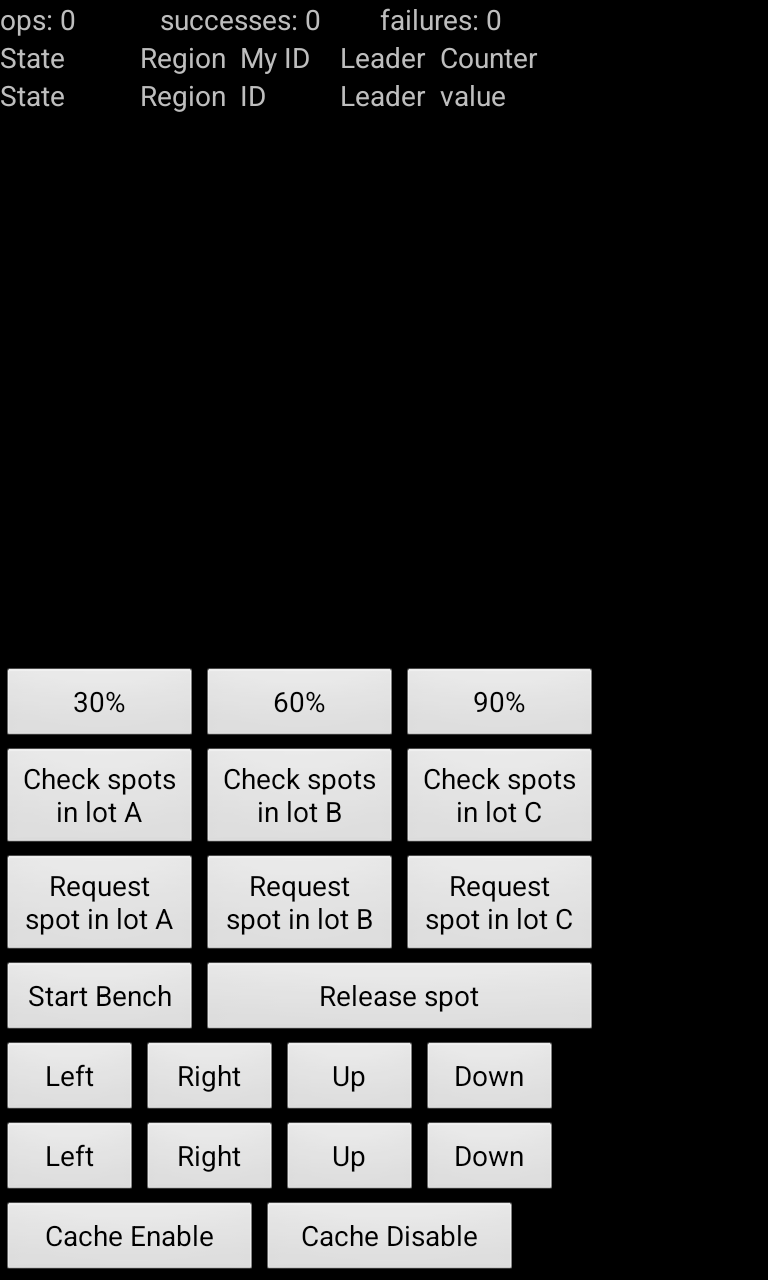
Repository: jasongao/csmcode
Layout: current/workspace/VNConsistent/res/layout/main.xml
The author's editor kept a copy of each file at every save. The layout is drawn from the files as they stood at one save, then again after the next save.
It is drawn on a 768 x 1280 px phone screen (xhdpi) without system bars, with theme android:Theme; the app's code is not run. Lists and similar views that code fills are empty.

Above is the layout before, as saved 2011-07-17 13:59:23.

After the next save:
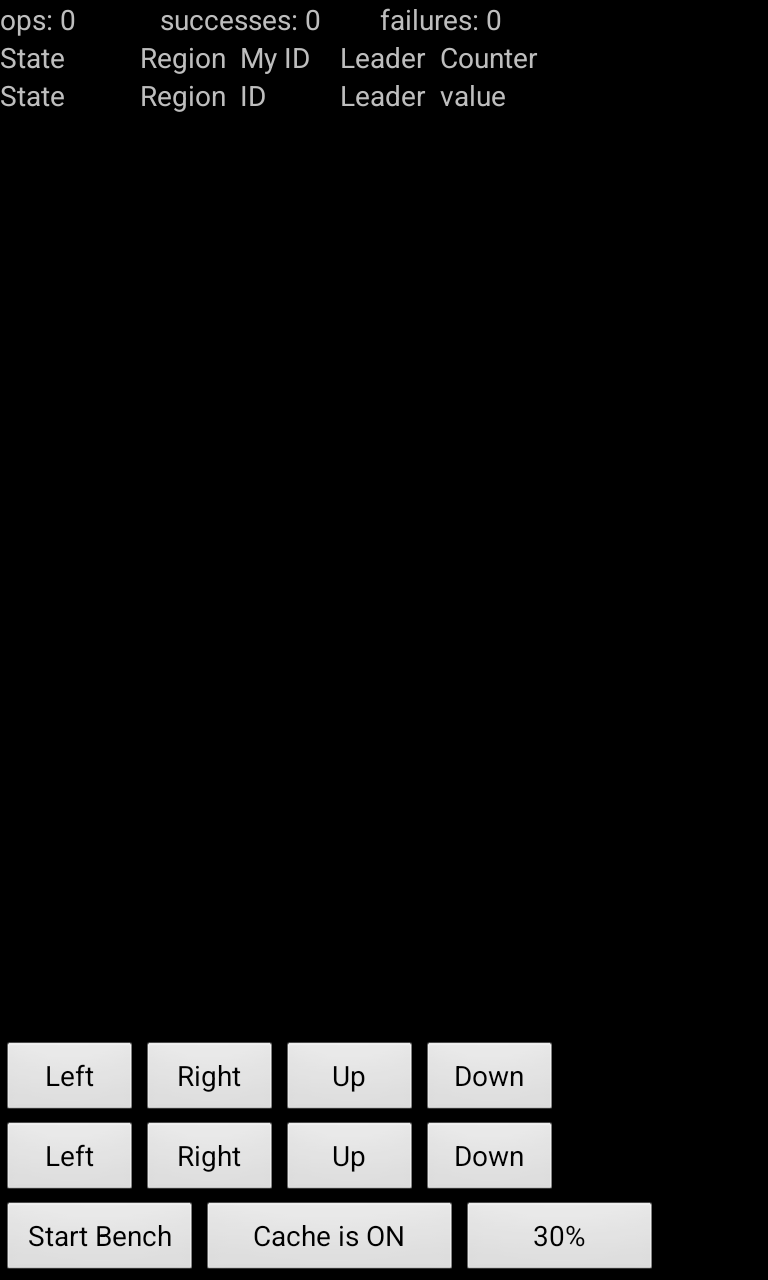
Saved 94 min 6 s later.
--- a/current/workspace/VNConsistent/res/layout/main.xml
+++ b/current/workspace/VNConsistent/res/layout/main.xml
@@ -48,49 +48,6 @@
 	<LinearLayout android:layout_width="fill_parent"
 		android:orientation="horizontal" android:layout_height="wrap_content"
 		android:id="@+id/SetDistributionLayout">
-		<Button android:layout_width="100dip" android:text="30%"
-			android:id="@+id/setdistribution30_button" android:layout_height="40dip"></Button>
-		<Button android:layout_width="100dip" android:text="60%"
-			android:id="@+id/setdistribution60_button" android:layout_height="40dip"></Button>
-		<Button android:layout_width="100dip" android:text="90%"
-			android:id="@+id/setdistribution90_button" android:layout_height="40dip"></Button>
-	</LinearLayout>
-
-	<LinearLayout android:layout_width="fill_parent"
-		android:orientation="horizontal" android:layout_height="wrap_content"
-		android:id="@+id/CheckSpotLayout">
-		<Button android:layout_height="wrap_content"
-			android:layout_width="100dip" android:text="Check spots in lot A"
-			android:id="@+id/readparkingA_button"></Button>
-		<Button android:layout_height="wrap_content"
-			android:layout_width="100dip" android:text="Check spots in lot B"
-			android:id="@+id/readparkingB_button"></Button>
-		<Button android:layout_height="wrap_content"
-			android:layout_width="100dip" android:text="Check spots in lot C"
-			android:id="@+id/readparkingC_button"></Button>
-	</LinearLayout>
-
-	<LinearLayout android:layout_width="fill_parent"
-		android:orientation="horizontal" android:layout_height="wrap_content"
-		android:id="@+id/RequestSpotLayout">
-		<Button android:layout_height="wrap_content"
-			android:layout_width="100dip" android:text="Request spot in lot A"
-			android:id="@+id/requestparkingA_button"></Button>
-		<Button android:layout_height="wrap_content"
-			android:layout_width="100dip" android:text="Request spot in lot B"
-			android:id="@+id/requestparkingB_button"></Button>
-		<Button android:layout_height="wrap_content"
-			android:layout_width="100dip" android:text="Request spot in lot C"
-			android:id="@+id/requestparkingC_button"></Button>
-	</LinearLayout>
-
-	<LinearLayout android:layout_width="fill_parent"
-		android:orientation="horizontal" android:layout_height="wrap_content"
-		android:id="@+id/RequestLayout">
-		<Button android:layout_width="100dip" android:text="Start Bench"
-			android:id="@+id/testcsm_button" android:layout_height="40dip"></Button>
-		<Button android:layout_width="200dip" android:text="Release spot"
-			android:id="@+id/releaseparking_button" android:layout_height="40dip"></Button>
 	</LinearLayout>
 
 	<LinearLayout android:layout_width="fill_parent"
@@ -122,10 +79,10 @@
 	<LinearLayout android:layout_width="fill_parent"
 		android:orientation="horizontal" android:layout_height="wrap_content"
 		android:id="@+id/SetCacheLayout">
-		<Button android:layout_width="130dip" android:text="Cache Enable"
+		<Button android:text="Start Bench" android:layout_width="100dip" android:id="@+id/testcsm_button" android:layout_height="40dip"></Button>
+		<Button android:layout_width="130dip" android:text="Cache is ON"
 			android:id="@+id/cacheenable_button" android:layout_height="40dip"></Button>
-		<Button android:layout_width="130dip" android:text="Cache Disable"
-			android:id="@+id/cachedisable_button" android:layout_height="40dip"></Button>
+		<Button android:text="30%" android:layout_width="100dip" android:id="@+id/setdistribution30_button" android:layout_height="40dip"></Button>
 	</LinearLayout>
 
 </LinearLayout>
